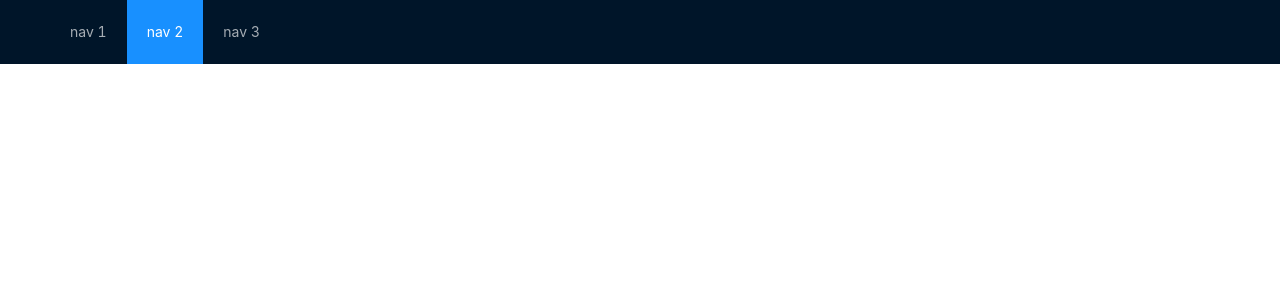
Repository: theciphedwolf/movie-app-context
Page: /
The author's editor kept a copy of each file at every save. The page is drawn from the files as they stood at one save, then again after a run of saves.
The browser window is 1280 px wide. The pictures show the whole page.
The page's requests for data from a server got no answer. The project was rebuilt for these pictures with package versions that can differ from the ones it lists, and the page was loaded fresh each time. No one was signed in, and anything a server would have sent is missing. Also part of the build but not shown: src/components/pages/About.js, src/components/pages/NotFound.js.

Above is the page before, as saved 2020-12-26 09:57:08.

### src/index.js
import React from "react";
import ReactDOM from "react-dom";
import App from "./components/App";
import GenreState from "./contexts/genres/GenreState";
import MovieState from "./contexts/movies/MovieState";

ReactDOM.render(
  <React.StrictMode>
    <GenreState>
      <MovieState>
        <App />
      </MovieState>
    </GenreState>
  </React.StrictMode>,
  document.getElementById("root")
);

### src/components/App.js
import Home from "./pages/Home";
import About from "./pages/About";
import NotFound from "./pages/NotFound";
import { BrowserRouter as Router, Switch, Route } from "react-router-dom";

import Navbar from "./layout/Navbar";

function App() {
  return (
    <Router>
      <Navbar />
      <Switch>
        <Route exact path="/">
          <Home />
        </Route>
        <Route exact path="/about">
          <About />
        </Route>
        <Route>
          <NotFound />
        </Route>
      </Switch>
    </Router>
  );
}

export default App;

### src/contexts/genres/GenreState.js
import React, { useReducer } from "react";
import axios from "axios";
import GenreContext from "./genreContext";
import GenreReducer from "./genreReducer";

import { SEARCH_GENRES } from "../types";

const GenreState = (props) => {
  const initialState = {
    genres: [],
  };

  const [state, dispatch] = useReducer(GenreReducer, initialState);

  // Search Genres
  const searchGenres = async (text) => {
    const res = await axios.get(
      `https://api.themoviedb.org/3/genre/movie/list?api_key=${process.env.REACT_APP_MOVIE_DB_API}&language=en-US`
    );

    dispatch({
      type: SEARCH_GENRES,
      payload: res.data.genres,
    });
  };

  return (
    <GenreContext.Provider
      value={{
        genre: state.genres,
        searchGenres,
      }}
    >
      {props.children}
    </GenreContext.Provider>
  );
};

export default GenreState;

### src/contexts/movies/MovieState.js
import React, { useReducer } from "react";
import axios from "axios";
import MovieContext from "./movieContext";
import MovieReducer from "./movieReducer";

import { SEARCH_MOVIES } from "../types";

const MovieState = (props) => {
  const initialState = {
    movies: [],
  };

  const [state, dispatch] = useReducer(MovieReducer, initialState);

  // Search Popular Movies
  const searchMovies = async (text) => {
    const res = await axios.get(
      `https://api.themoviedb.org/3/movie/popular?api_key=${process.env.REACT_APP_MOVIE_DB_API}&language=en-US&page=1`
    );

    dispatch({
      type: SEARCH_MOVIES,
      payload: res.data.results,
    });
  };

  return (
    <MovieContext.Provider
      value={{
        movies: state.movies,
        searchMovies,
      }}
    >
      {props.children}
    </MovieContext.Provider>
  );
};

export default MovieState;

### src/components/pages/Home.js
import React, { Fragment } from "react";

import { useEffect, useContext } from "react";
import GenreContext from "./../../contexts/genres/genreContext";
import MovieContext from "./../../contexts/movies/movieContext";

const Home = () => {
  const genreContext = useContext(GenreContext);
  const movieContext = useContext(MovieContext);

  useEffect(() => {
    genreContext.searchGenres();
    movieContext.searchMovies();
  }, []);
  return <Fragment></Fragment>;
};

export default Home;

### src/components/layout/Navbar.js
import React from "react";
import "antd/dist/antd.css";
import { Layout, Menu } from "antd";
const { Header, Content, Footer } = Layout;

const Navbar = () => {
  return (
    <Header>
      <div className="logo" />
      <Menu theme="dark" mode="horizontal" defaultSelectedKeys={["2"]}>
        <Menu.Item key="1">nav 1</Menu.Item>
        <Menu.Item key="2">nav 2</Menu.Item>
        <Menu.Item key="3">nav 3</Menu.Item>
      </Menu>
    </Header>
  );
};

export default Navbar;

### src/contexts/genres/genreContext.js
import { createContext } from "react";

const genreContext = createContext();

export default genreContext;

### src/contexts/genres/genreReducer.js
import { SEARCH_GENRES } from "../types";

const genreReducer = (state, action) => {
  switch (action.type) {
    case SEARCH_GENRES:
      return {
        ...state,
        genres: action.payload,
        loading: false,
      };
    default:
      return state;
  }
};

export default genreReducer;

### src/contexts/types.js
export const SEARCH_GENRES = "SEARCH_GENRES";
export const CLEAR_GENRES = "CLEAR_GENRES";
export const SEARCH_MOVIES = "SEARCH_MOVIES";
export const CLEAR_MOVIES = "CLEAR_MOVIES";

### src/contexts/movies/movieContext.js
import { createContext } from "react";

const movieContext = createContext();

export default movieContext;

### src/contexts/movies/movieReducer.js
import { SEARCH_MOVIES } from "../types";

const movieReducer = (state, action) => {
  switch (action.type) {
    case SEARCH_MOVIES:
      return {
        ...state,
        movies: action.payload,
        loading: false,
      };
    default:
      return state;
  }
};

export default movieReducer;

### src/components/layout/PopularMovies.js
import React from "react";

const PopularMovies = () => {
  return <p>Popular Movies</p>;
};

export default PopularMovies;

Loaded but not shown: public/index.html (common file)

After the next 3 saves:
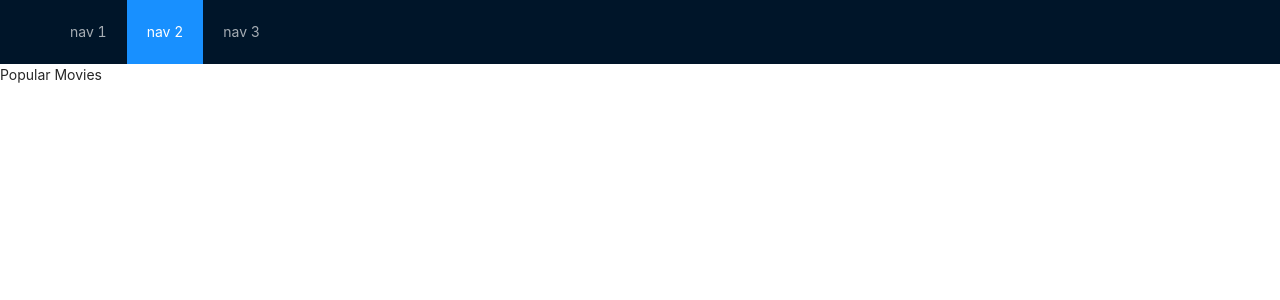
The 3 saves are shown as one change because 1 did not build or start and some came seconds apart.
The last was saved 39 s later.
--- a/src/components/pages/Home.js
+++ b/src/components/pages/Home.js
@@ -1,5 +1,5 @@
 import React, { Fragment } from "react";
-
+import PopularMovies from "./../layout/PopularMovies";
 import { useEffect, useContext } from "react";
 import GenreContext from "./../../contexts/genres/genreContext";
 import MovieContext from "./../../contexts/movies/movieContext";
@@ -12,7 +12,12 @@ const Home = () => {
     genreContext.searchGenres();
     movieContext.searchMovies();
   }, []);
-  return <Fragment></Fragment>;
+  return (
+    <Fragment>
+      {" "}
+      <PopularMovies></PopularMovies>
+    </Fragment>
+  );
 };
 
 export default Home;
